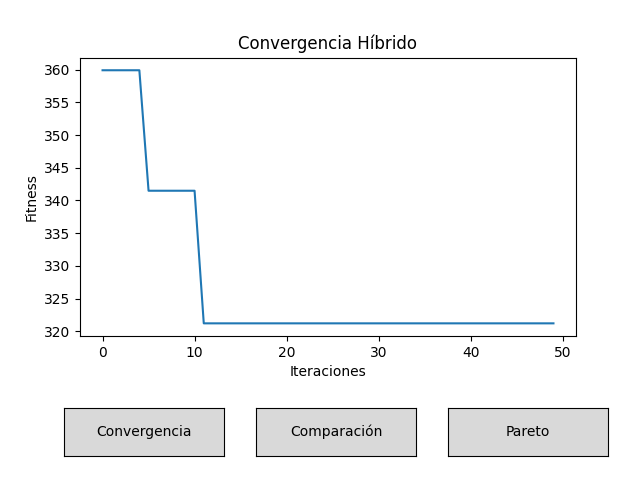
Repository: RIAJ15/IntelRR-Sistema-de-Optimizacion-basado-en-Algoritmos-Metaheuristicos-Hibridos
Script's output: python main.py
These files come from the project's save history. The script's output is drawn as it stood at one moment and after a run of saves; the edit follows.
Random numbers start from a fixed seed.

Above is the script's output before, as saved 2026-05-16 10:56:48.
Error (its wording comes from the project's code and is left out).

After the next 3 saves:
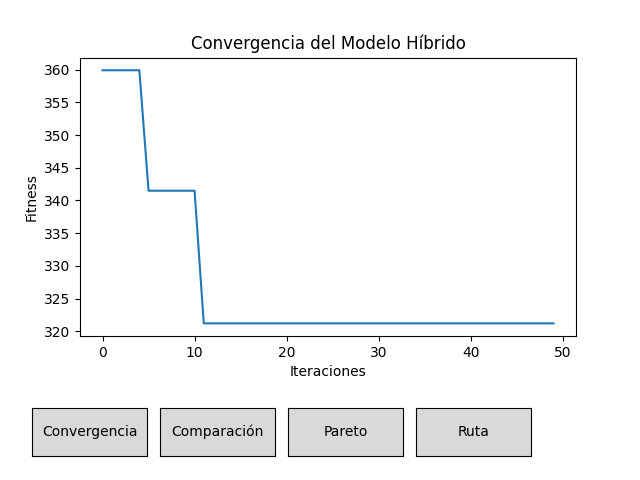
The error is gone.
The 3 saves are shown as one change because 2 did not build or start.
The last was saved 10 min 26 s later.
--- a/main.py
+++ b/main.py
@@ -1,7 +1,7 @@
 from data.ciudades import generar_ciudades, calcular_distancia, generar_costo_tiempo
 from algorithms.hybrid import modelo_hibrido
 from algorithms.nsga2 import nsga2
-from visualization.plots import graficar_convergencia, graficar_pareto, comparar_convergencia
+from visualization.dashboard import Dashboard
 from utils.metrics import desviacion_estandar, promedio
 from config import *
 import time
@@ -102,14 +102,12 @@ print("Desviación estándar Híbrido:", desviacion_estandar(fitness_hibrido))
 
 
 # ============================================================
-# VISUALIZACIÓN
+# DASHBOARD INTERACTIVO
 # ============================================================
 
-# Convergencia del híbrido
-graficar_convergencia(hist_hibrido)
-
-# Comparación de convergencia
-comparar_convergencia(hist_nsga, hist_hibrido)
-
-# Frente de Pareto
-graficar_pareto([r["fitness"] for r in frente_hibrido])
+Dashboard(
+    hist_nsga,
+    hist_hibrido,
+    frente_hibrido,
+    ciudades
+)
--- a/visualization/dashboard.py
+++ b/visualization/dashboard.py
@@ -1,41 +1,46 @@
 import matplotlib.pyplot as plt
 from matplotlib.widgets import Button
+
+
 class Dashboard:
     """
-    Clase que gestiona la visualización interactiva de resultados.
+    Dashboard interactivo para visualizar resultados del proyecto.
 
     Parámetros:
         hist_nsga (list): Historial de convergencia de NSGA-II.
         hist_hibrido (list): Historial de convergencia del modelo híbrido.
-        frente (list): Lista de soluciones del frente de Pareto.
+        frente (list): Soluciones del frente de Pareto.
+        ciudades (list): Coordenadas de las ciudades.
     """
 
-    def __init__(self, hist_nsga, hist_hibrido, frente):
-        # Almacenamiento de datos para visualización
+    def __init__(self, hist_nsga, hist_hibrido, frente, ciudades):
         self.hist_nsga = hist_nsga
         self.hist_hibrido = hist_hibrido
         self.frente = frente
+        self.ciudades = ciudades
 
-        # Configuración de la figura principal
+        # Figura principal
         self.fig, self.ax = plt.subplots()
         plt.subplots_adjust(bottom=0.3)
 
         # =========================
-        # CREACIÓN DE BOTONES
+        # BOTONES
         # =========================
-
-        ax_btn1 = plt.axes([0.1, 0.05, 0.25, 0.1])
-        ax_btn2 = plt.axes([0.4, 0.05, 0.25, 0.1])
-        ax_btn3 = plt.axes([0.7, 0.05, 0.25, 0.1])
+        ax_btn1 = plt.axes([0.05, 0.05, 0.18, 0.1])
+        ax_btn2 = plt.axes([0.25, 0.05, 0.18, 0.1])
+        ax_btn3 = plt.axes([0.45, 0.05, 0.18, 0.1])
+        ax_btn4 = plt.axes([0.65, 0.05, 0.18, 0.1])
 
         self.btn1 = Button(ax_btn1, 'Convergencia')
         self.btn2 = Button(ax_btn2, 'Comparación')
         self.btn3 = Button(ax_btn3, 'Pareto')
+        self.btn4 = Button(ax_btn4, 'Ruta')
 
-        # Asociación de eventos (interactividad)
+        # Eventos
         self.btn1.on_clicked(self.mostrar_convergencia)
         self.btn2.on_clicked(self.mostrar_comparacion)
         self.btn3.on_clicked(self.mostrar_pareto)
+        self.btn4.on_clicked(self.mostrar_ruta)
 
         # Vista inicial
         self.mostrar_convergencia(None)
@@ -44,47 +49,81 @@ class Dashboard:
 
     def limpiar(self):
         """
-        Limpia el área de la gráfica actual para actualizar la visualización.
+        Limpia el área de dibujo actual.
         """
         self.ax.clear()
 
     def mostrar_convergencia(self, event):
         """
-        Muestra la gráfica de convergencia del modelo híbrido.
-
-        Permite observar la evolución del fitness a lo largo de las iteraciones.
+        Muestra la convergencia del modelo híbrido.
         """
         self.limpiar()
+
         self.ax.plot(self.hist_hibrido)
-        self.ax.set_title("Convergencia Híbrido")
+        self.ax.set_title("Convergencia del Modelo Híbrido")
         self.ax.set_xlabel("Iteraciones")
         self.ax.set_ylabel("Fitness")
+
         self.fig.canvas.draw()
 
     def mostrar_comparacion(self, event):
         """
-        Muestra la comparación de convergencia entre NSGA-II y el modelo híbrido.
-
-        Permite analizar la velocidad de convergencia de ambos algoritmos.
+        Compara convergencia entre NSGA-II y modelo híbrido.
         """
         self.limpiar()
+
         self.ax.plot(self.hist_nsga, label="NSGA-II")
         self.ax.plot(self.hist_hibrido, label="Híbrido")
+
         self.ax.set_title("Comparación de Convergencia")
+        self.ax.set_xlabel("Iteraciones")
+        self.ax.set_ylabel("Fitness")
         self.ax.legend()
+
         self.fig.canvas.draw()
 
     def mostrar_pareto(self, event):
         """
-        Muestra el frente de Pareto (distancia vs costo).
-
-        Permite visualizar el trade-off entre objetivos en el problema multiobjetivo.
+        Muestra el frente de Pareto.
         """
         self.limpiar()
+
         x = [f[0] for f in self.frente]
         y = [f[1] for f in self.frente]
+
         self.ax.scatter(x, y)
+
+        for i, (xi, yi) in enumerate(zip(x, y)):
+            self.ax.text(xi, yi, f"S{i}", fontsize=8)
+
         self.ax.set_title("Frente de Pareto")
         self.ax.set_xlabel("Distancia")
         self.ax.set_ylabel("Costo")
+
         self.fig.canvas.draw()
+
+    def mostrar_ruta(self, event):
+        """
+        Muestra visualmente una ruta optimizada entre ciudades.
+        """
+        self.limpiar()
+
+        ruta = self.frente[0]["ruta"]
+
+        x = [self.ciudades[i][0] for i in ruta]
+        y = [self.ciudades[i][1] for i in ruta]
+
+        # cerrar ciclo
+        x.append(x[0])
+        y.append(y[0])
+
+        self.ax.plot(x, y, marker='o')
+
+        for i, (xi, yi) in enumerate(self.ciudades):
+            self.ax.text(xi, yi, str(i))
+
+        self.ax.set_title("Ruta Optimizada entre Ciudades")
+        self.ax.set_xlabel("Coordenada X")
+        self.ax.set_ylabel("Coordenada Y")
+
+        self.fig.canvas.draw()
